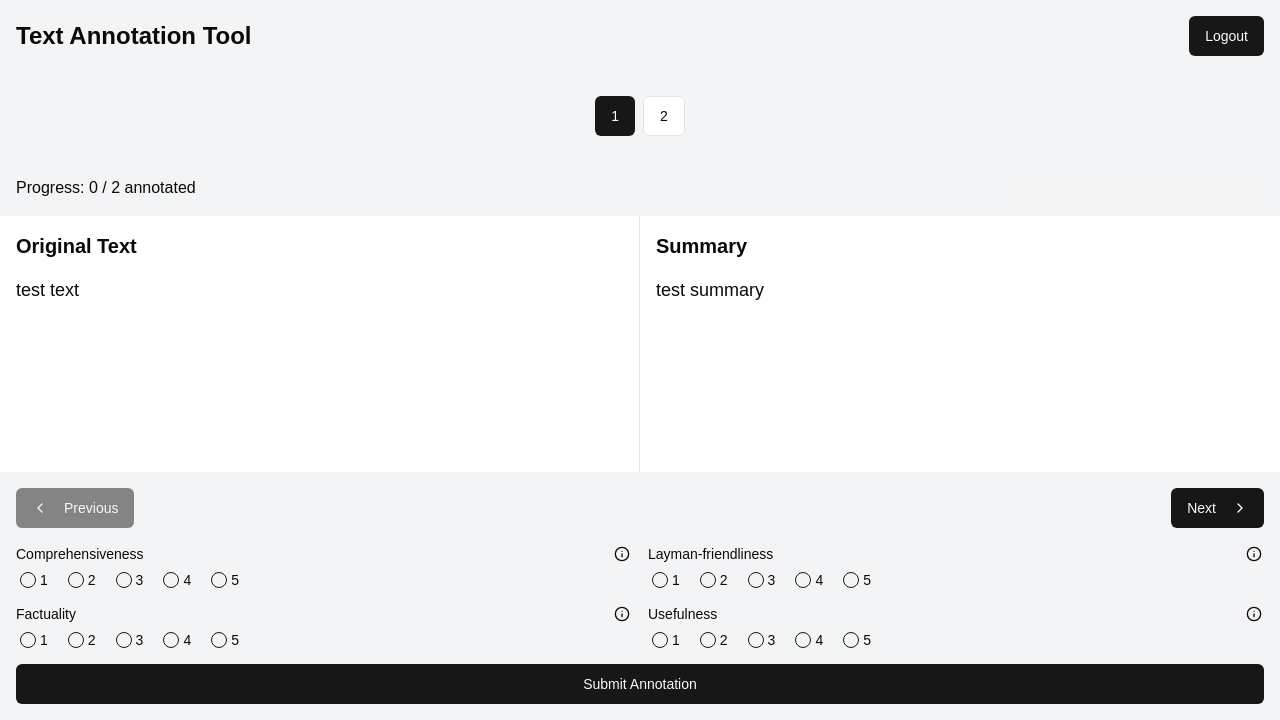
Repository: swapnil-panigrahi/annotator-group
Page: /annotate
These files come from the project's save history. The page is drawn as it stood at one moment and after the next save; the edit follows.
The browser window is 1280 px wide. The pictures show the whole page.
The project was rebuilt for these pictures with package versions that can differ from the ones it lists, and the page was loaded fresh each time. The framework's server and built-in components were replaced by stand-ins that run in the browser. Also part of the build but not shown: next.config.mjs.

Above is the page before, as saved 2025-02-07 23:36:48.

### app/layout.tsx
import type { Metadata } from 'next'
import './globals.css'

export const metadata: Metadata = {
  title: 'Annotator',
  description: '',
}

export default function RootLayout({
  children,
}: Readonly<{
  children: React.ReactNode
}>) {
  return (
    <html lang="en">
      <body>{children}</body>
    </html>
  )
}

### app/annotate/page.tsx
"use client"

import { useState, useCallback, useEffect } from "react"
import { useRouter } from "next/navigation"
import { Progress } from "@/components/ui/progress"
import { Button } from "@/components/ui/button"
import { ChevronLeft, ChevronRight } from "lucide-react"
import TextDisplay from "../components/TextDisplay"
import SummaryDisplay from "../components/SummaryDisplay"
import AnnotationForm from "../components/AnnotationForm"
import NavigationBar from "../components/NavigationBar"
import { logout } from "../actions/auth"

export default function AnnotatePage() {
  const router = useRouter()
  const [textsAndSummaries, setTextsAndSummaries] = useState<Array<{ id: string; text: string; summary: string }>>([])
  const [loading, setLoading] = useState(true)
  const [error, setError] = useState<string | null>(null)

  const [currentIndex, setCurrentIndex] = useState(0)
  const [annotations, setAnnotations] = useState<
    Array<{
      comprehensiveness: number
      laymanFriendliness: number
      factuality: number
      usefulness: number
    }>
  >([])

  useEffect(() => {
    const handleKeyDown = (e: KeyboardEvent) => {
      if (e.key === "ArrowLeft") {
        setCurrentIndex((prevIndex) => Math.max(prevIndex - 1, 0))
      } else if (e.key === "ArrowRight") {
        setCurrentIndex((prevIndex) => Math.min(prevIndex + 1, textsAndSummaries.length - 1))
      }
    }

    window.addEventListener("keydown", handleKeyDown)
    return () => window.removeEventListener("keydown", handleKeyDown)
  }, [textsAndSummaries.length])

  useEffect(() => {
    const checkUserAndFetchData = async () => {
      try {
        /*   const user = await getUser()
          if (!user) {
            router.push("/login")
            return
          }

          const data = await fetchSheetData()

          */
        const data = [
          {
            id: "a",
            text: "test text",
            summary: "test summary",
          },
          {
            id: "b",
            text: "test text",
            summary: "test summary",
          },
        ]
        setTextsAndSummaries(data)
        setLoading(false)
      } catch (err) {
        console.error("Error fetching data:", err)
        setError("Failed to fetch data. Please try again later.")
        setLoading(false)
      }
    }

    checkUserAndFetchData()
  }, []) // Removed unnecessary router dependency

  useEffect(() => {
    if (textsAndSummaries.length > 0) {
      setAnnotations(
        textsAndSummaries.map(() => ({
          comprehensiveness: 0,
          laymanFriendliness: 0,
          factuality: 0,
          usefulness: 0,
        })),
      )
    }
  }, [textsAndSummaries])

  const handleAnnotationChange = useCallback(
    (newAnnotation: (typeof annotations)[0]) => {
      setAnnotations((prevAnnotations) => {
        const newAnnotations = [...prevAnnotations]
        newAnnotations[currentIndex] = newAnnotation
        return newAnnotations
      })
    },
    [currentIndex],
  )

  const calculateProgress = (annotation: (typeof annotations)[0]) => {
    return Object.values(annotation).filter(Boolean).length * 25
  }

  if (loading) {
    return <div className="flex items-center justify-center h-screen">Loading...</div>
  }

  if (error) {
    return <div className="flex items-center justify-center h-screen text-red-500">{error}</div>
  }

  const currentItem = textsAndSummaries[currentIndex]
  const currentAnnotation = annotations[currentIndex] || {
    comprehensiveness: 0,
    laymanFriendliness: 0,
    factuality: 0,
    usefulness: 0,
  }

  const annotatedCount = annotations.filter((a) => Object.values(a).some((v) => v !== 0)).length

  return (
    <div className="flex flex-col h-screen">
      <header className="bg-gray-100 p-4 sticky top-0 z-10 flex justify-between items-center">
        <h1 className="text-2xl font-bold">Text Annotation Tool</h1>
        <Button
          onClick={async () => {
            await logout()
            router.push("/login")
          }}
        >
          Logout
        </Button>
      </header>
      <div className="bg-gray-100 p-4 sticky top-16 z-10">
        <NavigationBar currentIndex={currentIndex} totalItems={textsAndSummaries.length} onNavigate={setCurrentIndex} />
      </div>
      <div className="bg-gray-100 p-4">
        <div className="flex justify-between items-center">
          <span>
            Progress: {annotatedCount} / {textsAndSummaries.length} annotated
          </span>
          <Progress value={(annotatedCount / textsAndSummaries.length) * 100} className="w-64" />
        </div>
      </div>
      <main className="flex-grow overflow-hidden flex flex-col lg:flex-row">
        <div className="lg:w-1/2 h-full overflow-y-auto p-4 border-r">
          <TextDisplay text={currentItem.text} />
        </div>
        <div className="lg:w-1/2 h-full overflow-y-auto p-4">
          <SummaryDisplay summary={currentItem.summary} />
        </div>
      </main>
      <footer className="bg-gray-100 p-4 sticky bottom-0 z-10">
        <div className="flex justify-between mb-4">
          <Button
            onClick={() => setCurrentIndex((prevIndex) => Math.max(prevIndex - 1, 0))}
            disabled={currentIndex === 0}
          >
            <ChevronLeft className="mr-2 h-4 w-4" /> Previous
          </Button>
          <Button
            onClick={() => setCurrentIndex((prevIndex) => Math.min(prevIndex + 1, textsAndSummaries.length - 1))}
            disabled={currentIndex === textsAndSummaries.length - 1}
          >
            Next <ChevronRight className="ml-2 h-4 w-4" />
          </Button>
        </div>
        {/* <Progress value={calculateProgress(currentAnnotation)} className="mb-4" /> */}
        <AnnotationForm
          textId={currentItem.id}
          onAnnotationChange={handleAnnotationChange}
          initialAnnotation={currentAnnotation}
        />
      </footer>
    </div>
  )
}

### components/ui/progress.tsx
"use client"

import * as React from "react"
import * as ProgressPrimitive from "@radix-ui/react-progress"

import { cn } from "@/lib/utils"

const Progress = React.forwardRef<
  React.ElementRef<typeof ProgressPrimitive.Root>,
  React.ComponentPropsWithoutRef<typeof ProgressPrimitive.Root>
>(({ className, value, ...props }, ref) => (
  <ProgressPrimitive.Root
    ref={ref}
    className={cn(
      "relative h-4 w-full overflow-hidden rounded-full bg-secondary",
      className
    )}
    {...props}
  >
    <ProgressPrimitive.Indicator
      className="h-full w-full flex-1 bg-primary transition-all"
      style={{ transform: `translateX(-${100 - (value || 0)}%)` }}
    />
  </ProgressPrimitive.Root>
))
Progress.displayName = ProgressPrimitive.Root.displayName

export { Progress }

### components/ui/button.tsx
import * as React from "react"
import { Slot } from "@radix-ui/react-slot"
import { cva, type VariantProps } from "class-variance-authority"

import { cn } from "@/lib/utils"

const buttonVariants = cva(
  "inline-flex items-center justify-center gap-2 whitespace-nowrap rounded-md text-sm font-medium ring-offset-background transition-colors focus-visible:outline-none focus-visible:ring-2 focus-visible:ring-ring focus-visible:ring-offset-2 disabled:pointer-events-none disabled:opacity-50 [&_svg]:pointer-events-none [&_svg]:size-4 [&_svg]:shrink-0",
  {
    variants: {
      variant: {
        default: "bg-primary text-primary-foreground hover:bg-primary/90",
        destructive:
          "bg-destructive text-destructive-foreground hover:bg-destructive/90",
        outline:
          "border border-input bg-background hover:bg-accent hover:text-accent-foreground",
        secondary:
          "bg-secondary text-secondary-foreground hover:bg-secondary/80",
        ghost: "hover:bg-accent hover:text-accent-foreground",
        link: "text-primary underline-offset-4 hover:underline",
      },
      size: {
        default: "h-10 px-4 py-2",
        sm: "h-9 rounded-md px-3",
        lg: "h-11 rounded-md px-8",
        icon: "h-10 w-10",
      },
    },
    defaultVariants: {
      variant: "default",
      size: "default",
    },
  }
)

export interface ButtonProps
  extends React.ButtonHTMLAttributes<HTMLButtonElement>,
    VariantProps<typeof buttonVariants> {
  asChild?: boolean
}

const Button = React.forwardRef<HTMLButtonElement, ButtonProps>(
  ({ className, variant, size, asChild = false, ...props }, ref) => {
    const Comp = asChild ? Slot : "button"
    return (
      <Comp
        className={cn(buttonVariants({ variant, size, className }))}
        ref={ref}
        {...props}
      />
    )
  }
)
Button.displayName = "Button"

export { Button, buttonVariants }

### app/components/TextDisplay.tsx
interface TextDisplayProps {
  text: string
}

export default function TextDisplay({ text }: TextDisplayProps) {
  return (
    <div>
      <h2 className="text-xl font-semibold mb-4">Original Text</h2>
      <p className="text-lg leading-relaxed">{text}</p>
    </div>
  )
}

### app/components/SummaryDisplay.tsx
interface SummaryDisplayProps {
  summary: string
}

export default function SummaryDisplay({ summary }: SummaryDisplayProps) {
  return (
    <div>
      <h2 className="text-xl font-semibold mb-4">Summary</h2>
      <p className="text-lg leading-relaxed">{summary}</p>
    </div>
  )
}

### app/components/NavigationBar.tsx
import { Button } from "@/components/ui/button"

interface NavigationBarProps {
  currentIndex: number
  totalItems: number
  onNavigate: (index: number) => void
}

export default function NavigationBar({ currentIndex, totalItems, onNavigate }: NavigationBarProps) {
  return (
    <div className="flex justify-center space-x-2 overflow-x-auto py-2">
      {Array.from({ length: totalItems }, (_, i) => (
        <Button
          key={i}
          variant={i === currentIndex ? "default" : "outline"}
          onClick={() => onNavigate(i)}
          className="min-w-[2.5rem]"
        >
          {i + 1}
        </Button>
      ))}
    </div>
  )
}

### app/actions/auth.ts
"use server"

import { cookies } from "next/headers"
import prisma from "@/lib/prisma"
import bcrypt from "bcryptjs"
import { z } from "zod"

const UserSchema = z.object({
  email: z.string().email(),
  password: z.string().min(6),
  name: z.string().min(2),
})

export async function login(email: string, password: string) {
  try {
    const user = await prisma.user.findUnique({
      where: { email },
      select: {
        id: true,
        email: true,
        password: true,
        name: true,
      },
    })

    if (!user) {
      return { success: false, error: "Invalid email or password" }
    }

    const passwordMatch = await bcrypt.compare(password, user.password)
    if (!passwordMatch) {
      return { success: false, error: "Invalid email or password" }
    }

    // Don't include password in the cookie
    const userWithoutPassword = {
      id: user.id,
      email: user.email,
      name: user.name,
    }

    cookies().set("user", JSON.stringify(userWithoutPassword), {
      httpOnly: true,
      secure: process.env.NODE_ENV === "production",
      sameSite: "strict",
      maxAge: 60 * 60 * 24 * 7, // 1 week
    })

    return { success: true, user: userWithoutPassword }
  } catch (error) {
    console.error("Login error:", error)
    return { success: false, error: "An error occurred during login" }
  }
}

export async function signup(email: string, password: string, name: string) {
  try {
    const validatedData = UserSchema.parse({ email, password, name })

    const existingUser = await prisma.user.findUnique({
      where: { email: validatedData.email },
    })

    if (existingUser) {
      return { success: false, error: "Email already exists" }
    }

    const hashedPassword = await bcrypt.hash(validatedData.password, 10)

    const user = await prisma.user.create({
      data: {
        email: validatedData.email,
        password: hashedPassword,
        name: validatedData.name,
      },
      select: {
        id: true,
        email: true,
        name: true,
      },
    })

    cookies().set("user", JSON.stringify(user), {
      httpOnly: true,
      secure: process.env.NODE_ENV === "production",
      sameSite: "strict",
      maxAge: 60 * 60 * 24 * 7, // 1 week
    })

    return { success: true, user }
  } catch (error) {
    if (error instanceof z.ZodError) {
      return { success: false, error: error.errors[0].message }
    }
    console.error("Signup error:", error)
    return { success: false, error: "An error occurred during signup" }
  }
}

export async function logout() {
  cookies().delete("user")
  return { success: true }
}

export async function getUser() {
  const userCookie = cookies().get("user")
  if (!userCookie) return null

  try {
    return JSON.parse(userCookie.value)
  } catch {
    return null
  }
}

### components/ui/label.tsx
"use client"

import * as React from "react"
import * as LabelPrimitive from "@radix-ui/react-label"
import { cva, type VariantProps } from "class-variance-authority"

import { cn } from "@/lib/utils"

const labelVariants = cva(
  "text-sm font-medium leading-none peer-disabled:cursor-not-allowed peer-disabled:opacity-70"
)

const Label = React.forwardRef<
  React.ElementRef<typeof LabelPrimitive.Root>,
  React.ComponentPropsWithoutRef<typeof LabelPrimitive.Root> &
    VariantProps<typeof labelVariants>
>(({ className, ...props }, ref) => (
  <LabelPrimitive.Root
    ref={ref}
    className={cn(labelVariants(), className)}
    {...props}
  />
))
Label.displayName = LabelPrimitive.Root.displayName

export { Label }

### components/ui/radio-group.tsx
"use client"

import * as React from "react"
import * as RadioGroupPrimitive from "@radix-ui/react-radio-group"
import { Circle } from "lucide-react"

import { cn } from "@/lib/utils"

const RadioGroup = React.forwardRef<
  React.ElementRef<typeof RadioGroupPrimitive.Root>,
  React.ComponentPropsWithoutRef<typeof RadioGroupPrimitive.Root>
>(({ className, ...props }, ref) => {
  return (
    <RadioGroupPrimitive.Root
      className={cn("grid gap-2", className)}
      {...props}
      ref={ref}
    />
  )
})
RadioGroup.displayName = RadioGroupPrimitive.Root.displayName

const RadioGroupItem = React.forwardRef<
  React.ElementRef<typeof RadioGroupPrimitive.Item>,
  React.ComponentPropsWithoutRef<typeof RadioGroupPrimitive.Item>
>(({ className, ...props }, ref) => {
  return (
    <RadioGroupPrimitive.Item
      ref={ref}
      className={cn(
        "aspect-square h-4 w-4 rounded-full border border-primary text-primary ring-offset-background focus:outline-none focus-visible:ring-2 focus-visible:ring-ring focus-visible:ring-offset-2 disabled:cursor-not-allowed disabled:opacity-50",
        className
      )}
      {...props}
    >
      <RadioGroupPrimitive.Indicator className="flex items-center justify-center">
        <Circle className="h-2.5 w-2.5 fill-current text-current" />
      </RadioGroupPrimitive.Indicator>
    </RadioGroupPrimitive.Item>
  )
})
RadioGroupItem.displayName = RadioGroupPrimitive.Item.displayName

export { RadioGroup, RadioGroupItem }

### components/ui/tooltip.tsx
"use client"

import * as React from "react"
import * as TooltipPrimitive from "@radix-ui/react-tooltip"

import { cn } from "@/lib/utils"

const TooltipProvider = TooltipPrimitive.Provider

const Tooltip = TooltipPrimitive.Root

const TooltipTrigger = TooltipPrimitive.Trigger

const TooltipContent = React.forwardRef<
  React.ElementRef<typeof TooltipPrimitive.Content>,
  React.ComponentPropsWithoutRef<typeof TooltipPrimitive.Content>
>(({ className, sideOffset = 4, ...props }, ref) => (
  <TooltipPrimitive.Content
    ref={ref}
    sideOffset={sideOffset}
    className={cn(
      "z-50 overflow-hidden rounded-md border bg-popover px-3 py-1.5 text-sm text-popover-foreground shadow-md animate-in fade-in-0 zoom-in-95 data-[state=closed]:animate-out data-[state=closed]:fade-out-0 data-[state=closed]:zoom-out-95 data-[side=bottom]:slide-in-from-top-2 data-[side=left]:slide-in-from-right-2 data-[side=right]:slide-in-from-left-2 data-[side=top]:slide-in-from-bottom-2",
      className
    )}
    {...props}
  />
))
TooltipContent.displayName = TooltipPrimitive.Content.displayName

export { Tooltip, TooltipTrigger, TooltipContent, TooltipProvider }

Loaded but not shown: app/globals.css (common file); lib/utils.ts (common file); lib/prisma.ts (common file); tailwind.config.ts (common file); app/components/AnnotationForm.tsx (145 lines, source omitted)

After the next save:
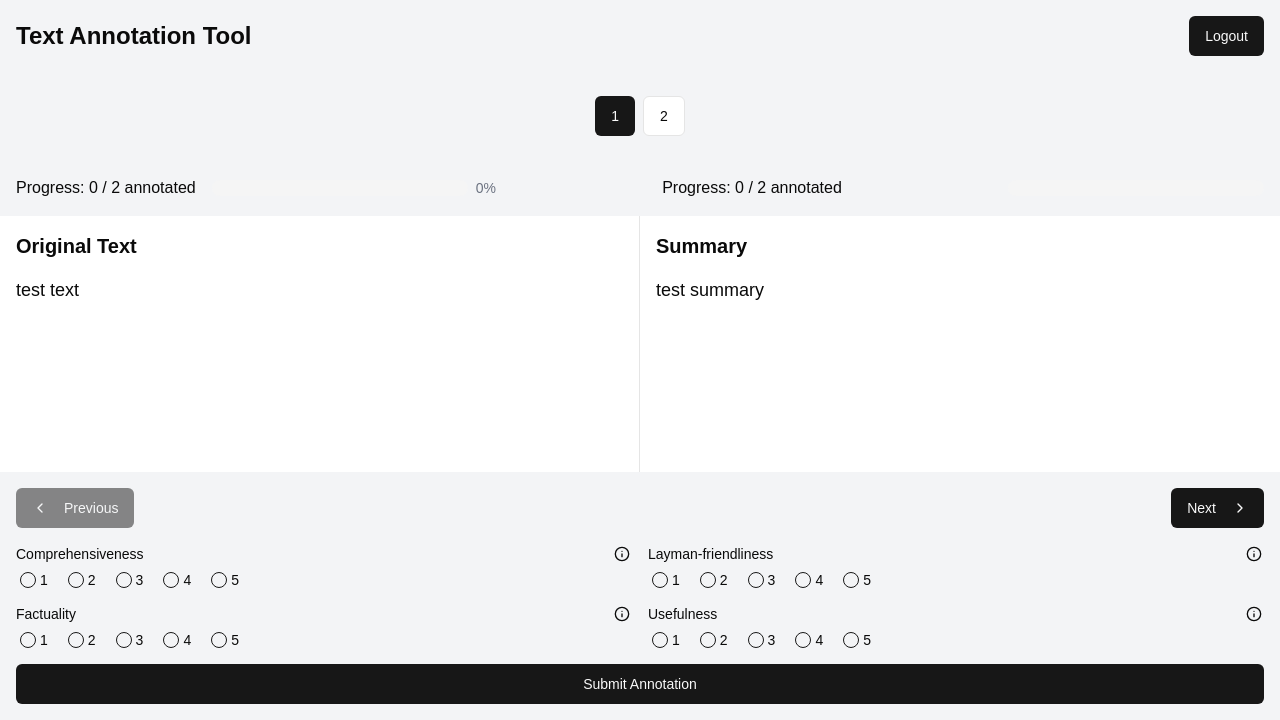
Saved 26 s later.
--- a/app/annotate/page.tsx
+++ b/app/annotate/page.tsx
@@ -140,6 +140,17 @@
       </div>
       <div className="bg-gray-100 p-4">
         <div className="flex justify-between items-center">
+          <div className="flex items-center gap-4">
+            <span>
+              Progress: {annotatedCount} / {textsAndSummaries.length} annotated
+            </span>
+            <div className="flex items-center gap-2">
+              <Progress value={(annotatedCount / textsAndSummaries.length) * 100} className="w-64" />
+              <span className="text-sm text-gray-500">
+                {Math.round((annotatedCount / textsAndSummaries.length) * 100)}%
+              </span>
+            </div>
+          </div>
           <span>
             Progress: {annotatedCount} / {textsAndSummaries.length} annotated
           </span>

After the save that followed:
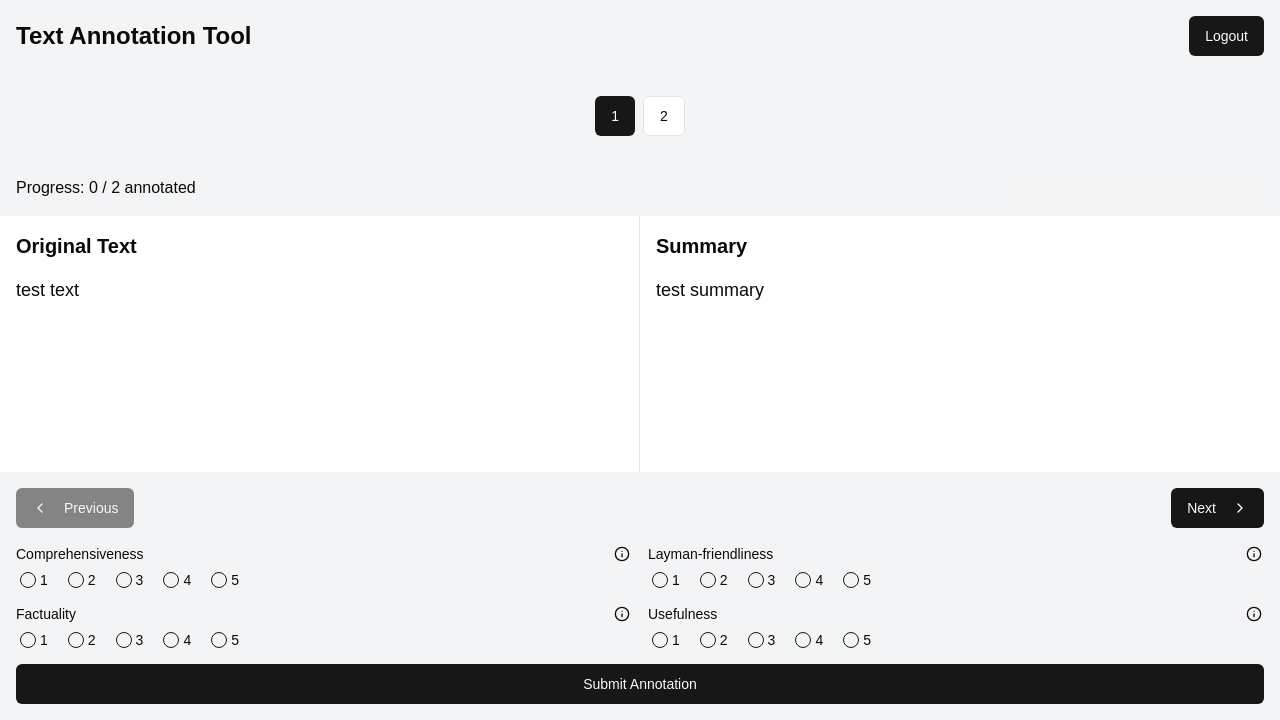
Saved 26 s later.
--- a/app/annotate/page.tsx
+++ b/app/annotate/page.tsx
@@ -140,17 +140,7 @@
       </div>
       <div className="bg-gray-100 p-4">
         <div className="flex justify-between items-center">
-          <div className="flex items-center gap-4">
-            <span>
-              Progress: {annotatedCount} / {textsAndSummaries.length} annotated
-            </span>
-            <div className="flex items-center gap-2">
-              <Progress value={(annotatedCount / textsAndSummaries.length) * 100} className="w-64" />
-              <span className="text-sm text-gray-500">
-                {Math.round((annotatedCount / textsAndSummaries.length) * 100)}%
-              </span>
-            </div>
-          </div>
+
           <span>
             Progress: {annotatedCount} / {textsAndSummaries.length} annotated
           </span>
